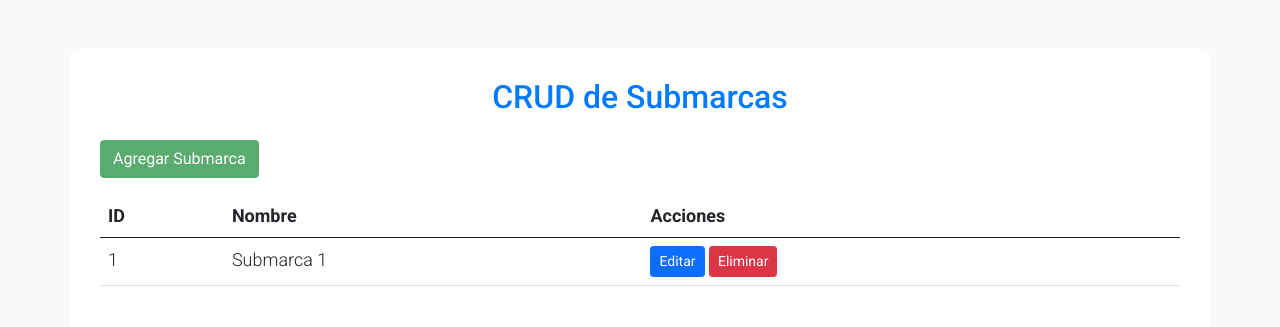
Repository: Yaqode/front-fama
Page: http://localhost/multimedia/Views/marcas.php
An editor plug-in stored every save of this project. The page is shown before and after the next save, followed by the edit.
The browser window is 1280 px wide. The pictures show the whole page.
The page is run by PHP 8.4 with error messages shown; the project is at /var/www/html/.

Above is the page before, as saved 2023-12-06 20:53:53.

After the next save:
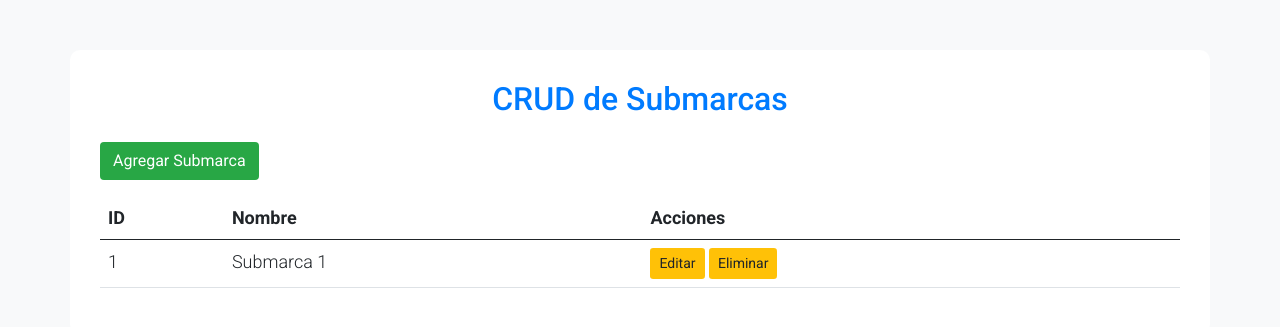
Saved 17 s later.
--- a/Views/marcas.php
+++ b/Views/marcas.php
@@ -47,11 +47,11 @@
 <body>
 
 
-<div class="container mt-5">
+<div class="container">
     <h2 class="mb-4">CRUD de Submarcas</h2>
 
     <!-- Botón para abrir el modal de agregar submarca -->
-    <button type="button" class="btn btn-success mb-3" data-toggle="modal" data-target="#modalAgregarSubmarca">
+    <button type="button" class="btn btn-agregar mb-3" data-toggle="modal" data-target="#modalAgregarSubmarca">
         Agregar Submarca
     </button>
 
@@ -71,10 +71,10 @@
                 <td>Submarca 1</td>
                 <td>
                     <!-- Botones para editar y eliminar cada submarca -->
-                    <button type="button" class="btn btn-primary btn-sm" data-toggle="modal" data-target="#modalEditarSubmarca">
+                    <button type="button" class="btn btn-editar btn-sm" data-toggle="modal" data-target="#modalEditarSubmarca">
                         Editar
                     </button>
-                    <button type="button" class="btn btn-danger btn-sm" data-toggle="modal" data-target="#modalEliminarSubmarca">
+                    <button type="button" class="btn btn-eliminar btn-sm" data-toggle="modal" data-target="#modalEliminarSubmarca">
                         Eliminar
                     </button>
                 </td>

After the save that followed:
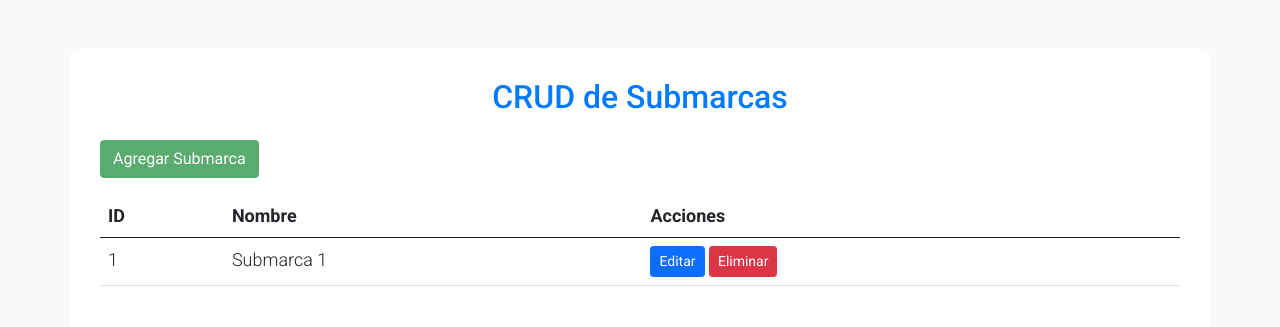
Saved 6 s later.
--- a/Views/marcas.php
+++ b/Views/marcas.php
@@ -47,11 +47,11 @@
 <body>
 
 
-<div class="container">
+<div class="container mt-5">
     <h2 class="mb-4">CRUD de Submarcas</h2>
 
     <!-- Botón para abrir el modal de agregar submarca -->
-    <button type="button" class="btn btn-agregar mb-3" data-toggle="modal" data-target="#modalAgregarSubmarca">
+    <button type="button" class="btn btn-success mb-3" data-toggle="modal" data-target="#modalAgregarSubmarca">
         Agregar Submarca
     </button>
 
@@ -71,10 +71,10 @@
                 <td>Submarca 1</td>
                 <td>
                     <!-- Botones para editar y eliminar cada submarca -->
-                    <button type="button" class="btn btn-editar btn-sm" data-toggle="modal" data-target="#modalEditarSubmarca">
+                    <button type="button" class="btn btn-primary btn-sm" data-toggle="modal" data-target="#modalEditarSubmarca">
                         Editar
                     </button>
-                    <button type="button" class="btn btn-eliminar btn-sm" data-toggle="modal" data-target="#modalEliminarSubmarca">
+                    <button type="button" class="btn btn-danger btn-sm" data-toggle="modal" data-target="#modalEliminarSubmarca">
                         Eliminar
                     </button>
                 </td>
